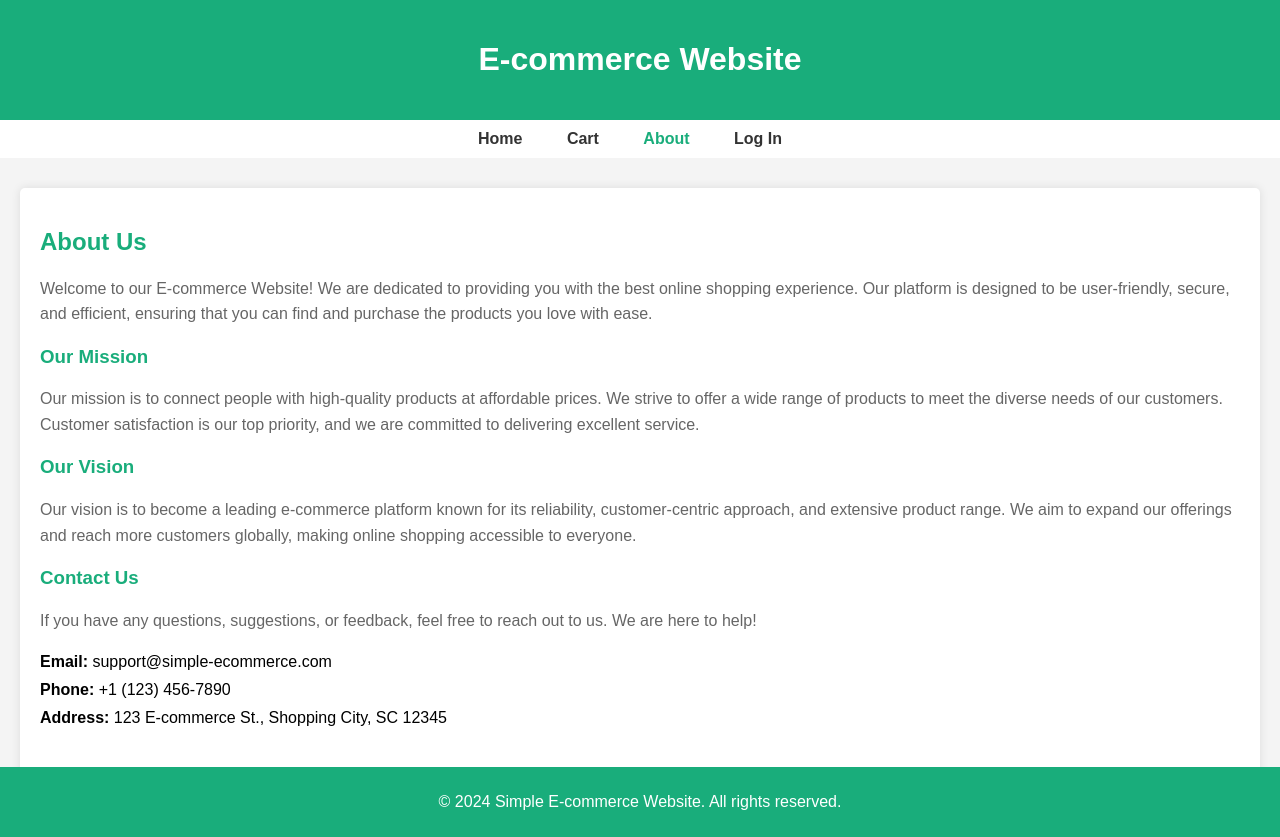
Repository: wissam333/OnlineStore
Page: about.html
The author's editor kept a copy of each file at every save. The page is drawn from the files as they stood at one save, then again after the next save.
The browser window is 1280 px wide. The pictures show the whole page.

Above is the page before, as saved 2024-08-08 18:34:47.
Console error: TypeError: Cannot read properties of null (reading 'addEventListener')

After the next save:
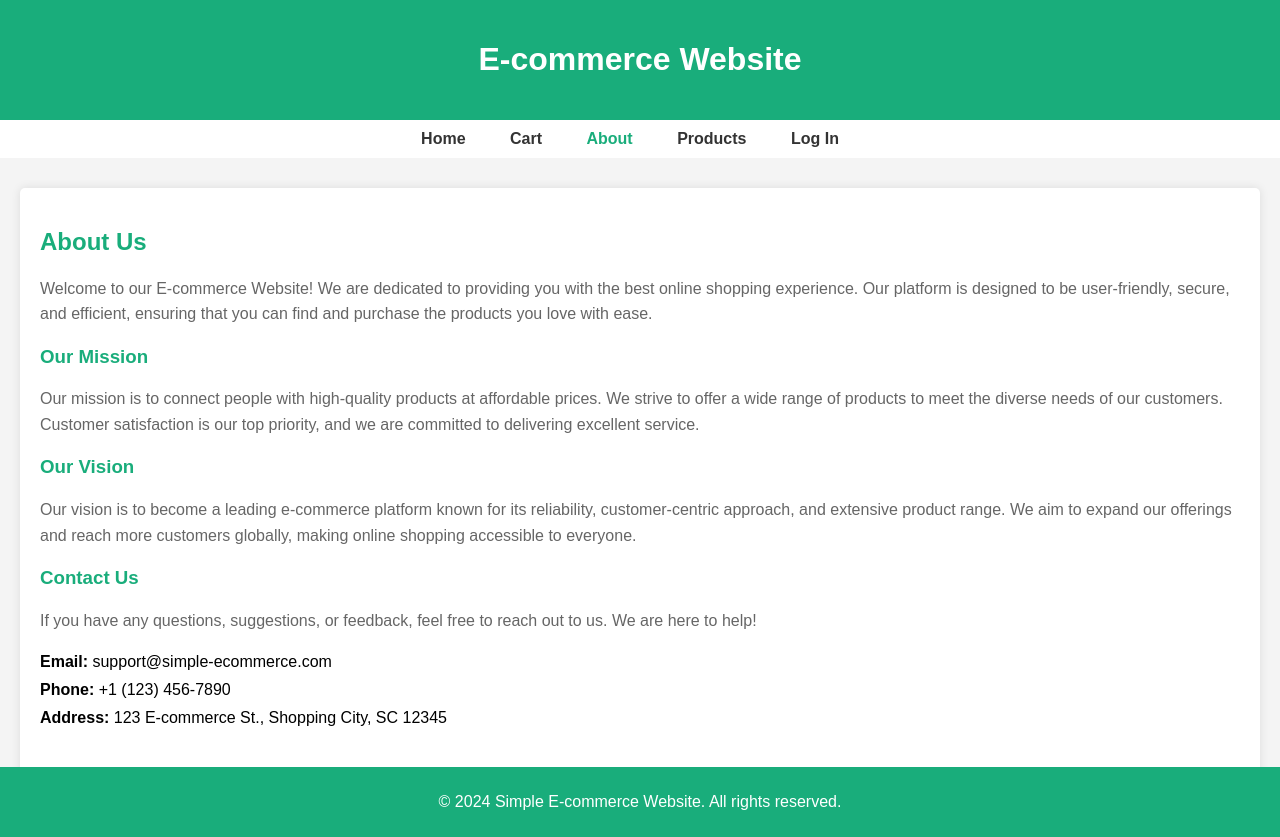
Saved 8 s later.
--- a/about.html
+++ b/about.html
@@ -99,6 +99,9 @@
         <li><a href="./index.html" data-route="index.html">Home</a></li>
         <li><a href="./cart.html" data-route="cart.html">Cart</a></li>
         <li><a href="./about.html" data-route="about.html">About</a></li>
+        <li>
+          <a href="./products.html" data-route="login.html">Products</a>
+        </li>
         <li><a href="./login.html" data-route="login.html">Log In</a></li>
       </ul>
     </nav>
@@ -107,10 +110,10 @@
       <section class="about-content">
         <h2>About Us</h2>
         <p>
-          Welcome to our E-commerce Website! We are dedicated to
-          providing you with the best online shopping experience. Our platform
-          is designed to be user-friendly, secure, and efficient, ensuring that
-          you can find and purchase the products you love with ease.
+          Welcome to our E-commerce Website! We are dedicated to providing you
+          with the best online shopping experience. Our platform is designed to
+          be user-friendly, secure, and efficient, ensuring that you can find
+          and purchase the products you love with ease.
         </p>
 
         <h3>Our Mission</h3>
